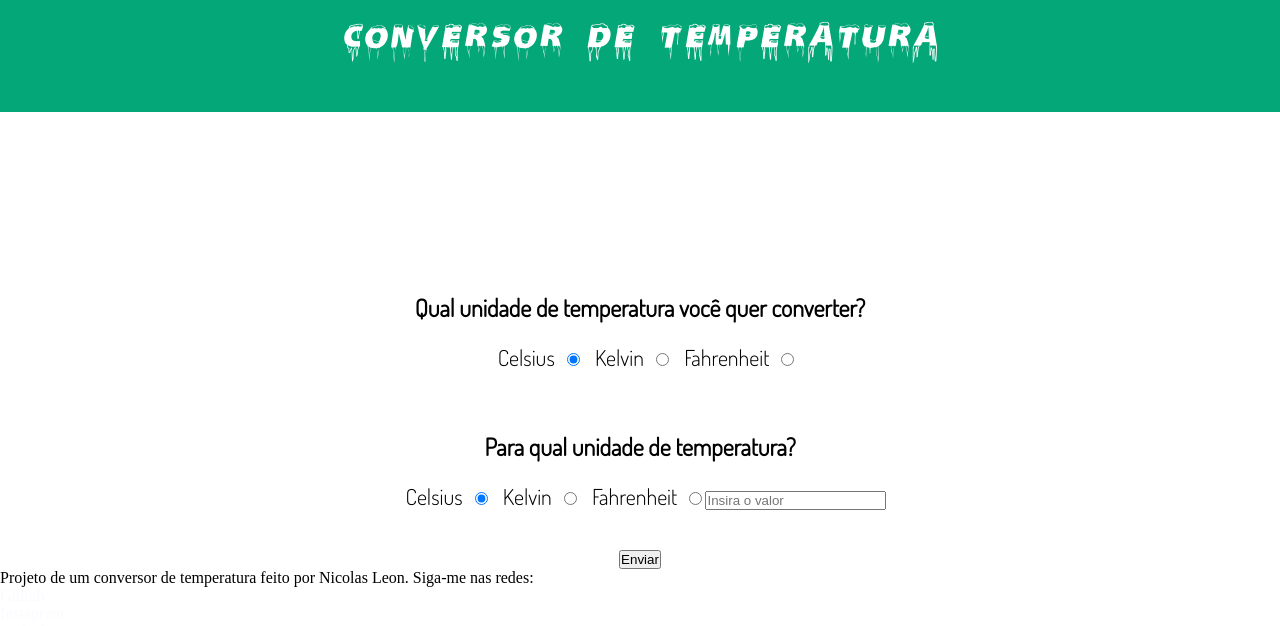
Repository: Leonngc/Conversor-de-temperatura
Page: index.html
The author's editor kept a copy of each file at every save. The page is drawn from the files as they stood at one save, then again after the next save.
The browser window is 1280 px wide. The pictures show the whole page.
Some icons come from a web library that is not loaded, so they are not drawn.

Above is the page before, as saved 2023-02-10 23:30:23.

After the next save:
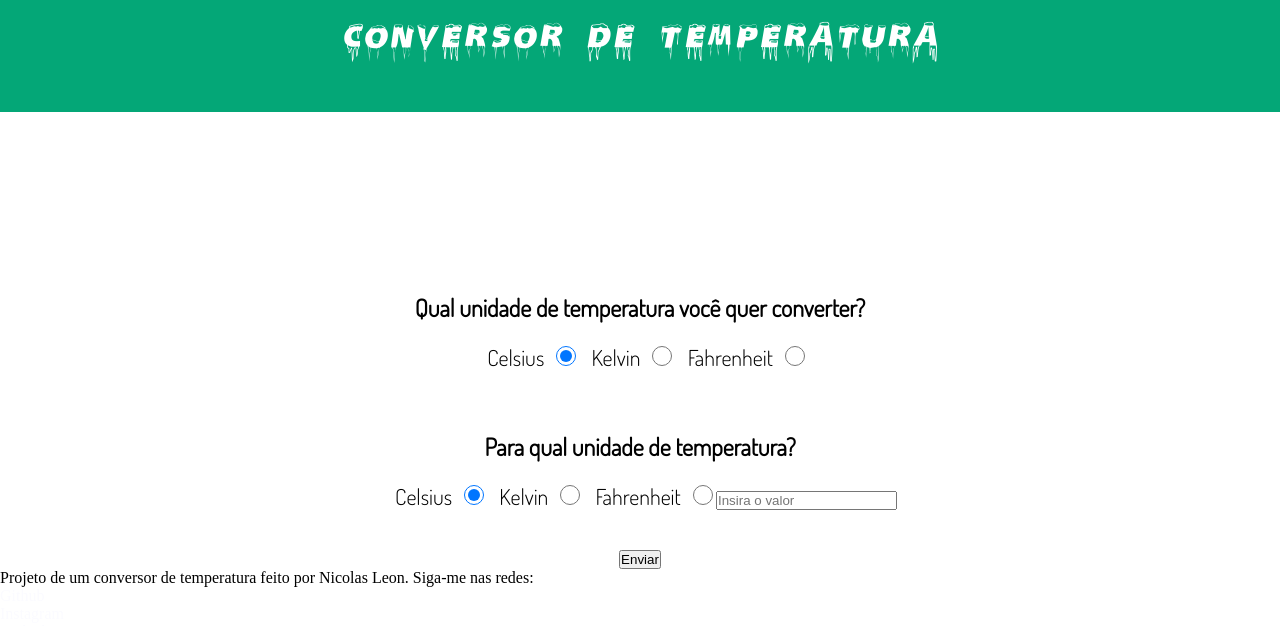
Saved 9 s later.
--- a/style.css
+++ b/style.css
@@ -85,7 +85,7 @@ form > h2{
     padding: 20px;
 }
 
-.unidades .res-unidades{
+.unidades, .res-unidades{
     height: 20px;
     width: 20px;
 }
